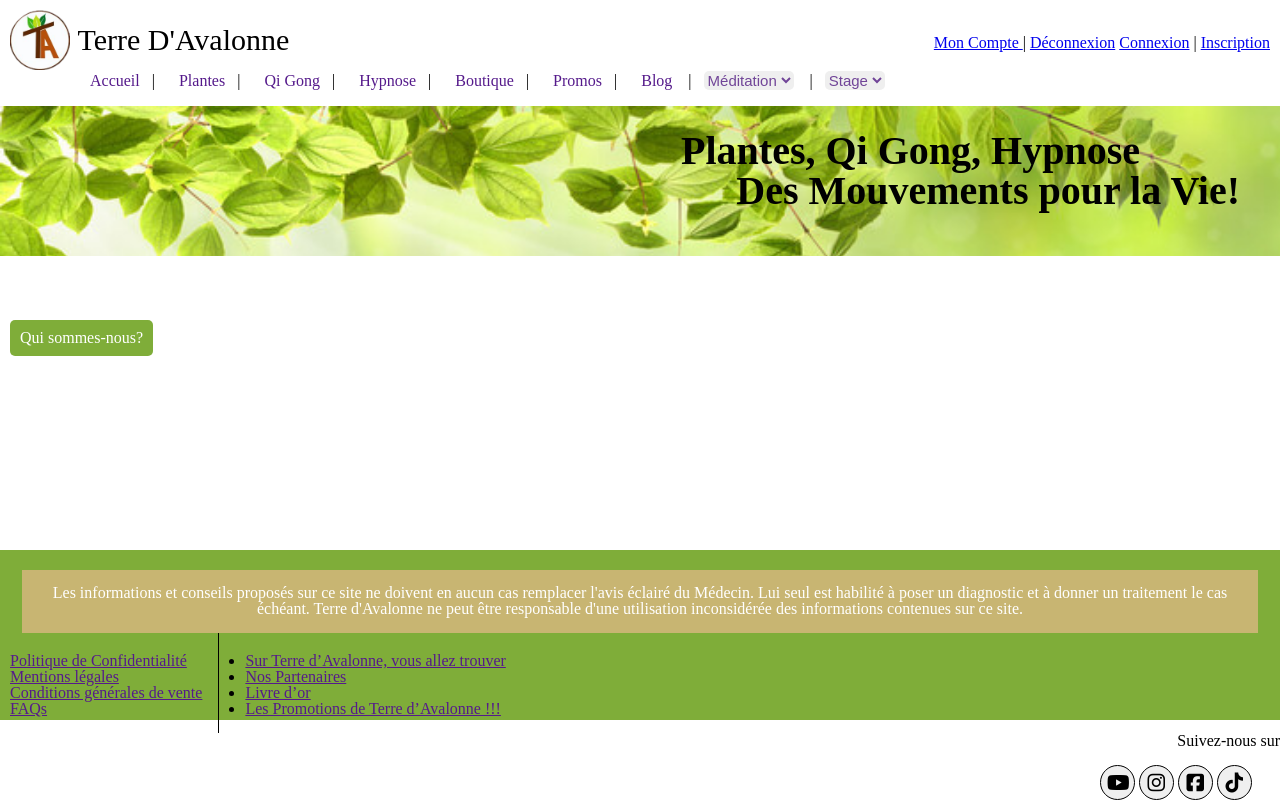
Repository: Michelhof1978/TerreDavalonne
Page: templates/base.html
An editor plug-in stored every save of this project. The page is shown before and after a run of saves, followed by the edit.
The browser window is 1280 px wide. The pictures show the whole page.
Some web fonts or font styles are not loaded; a fallback is used. Some web libraries are served in a nearby version.

Above is the page before, as saved 2022-05-04 16:11:13.

After the next 2 saves:
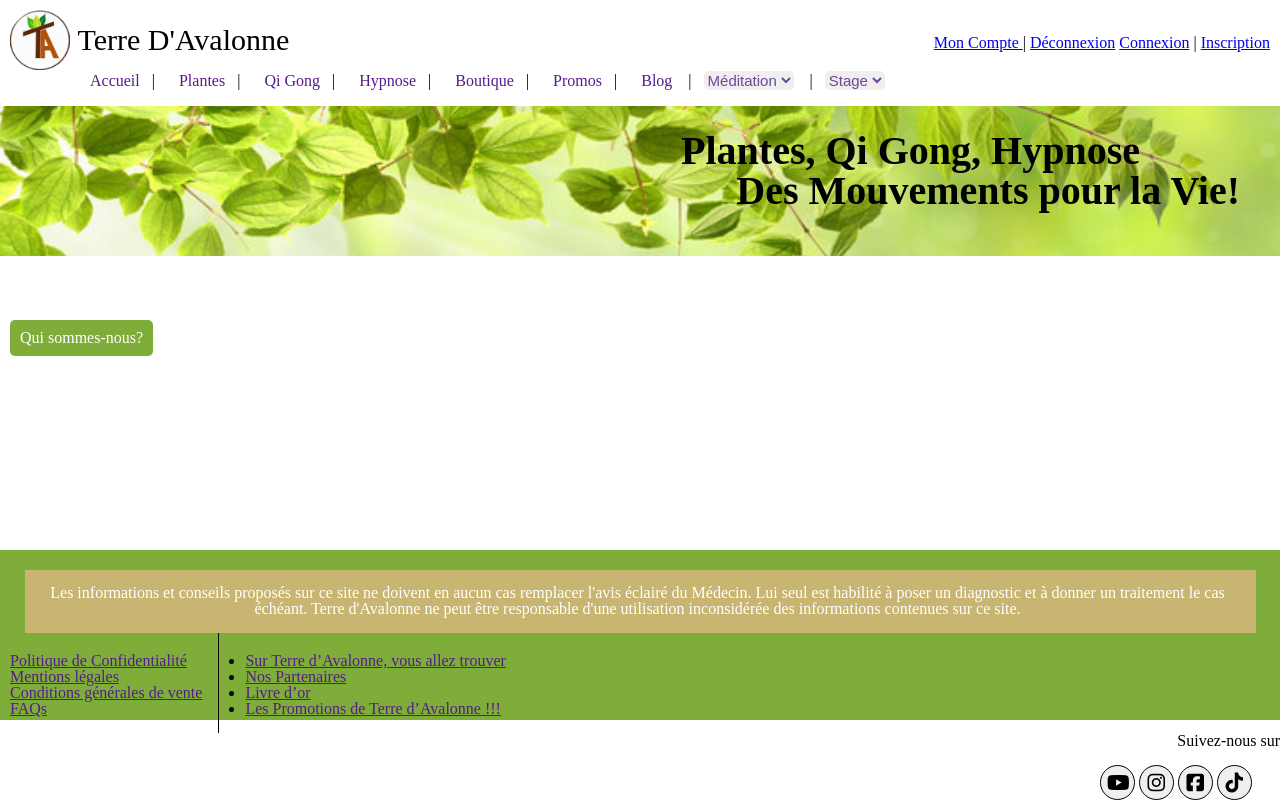
The 2 saves are shown as one change because they came seconds apart.
The last was saved 14 s later.
--- a/templates/base.html
+++ b/templates/base.html
@@ -284,7 +284,7 @@
     background-color: #C8B572 ;
     color: white;
     padding-top: 15px;
-    padding-left: 10px;
+    padding-left: 5px;
     padding-right: 10px;
     text-align: center;
   }

After the save that followed:
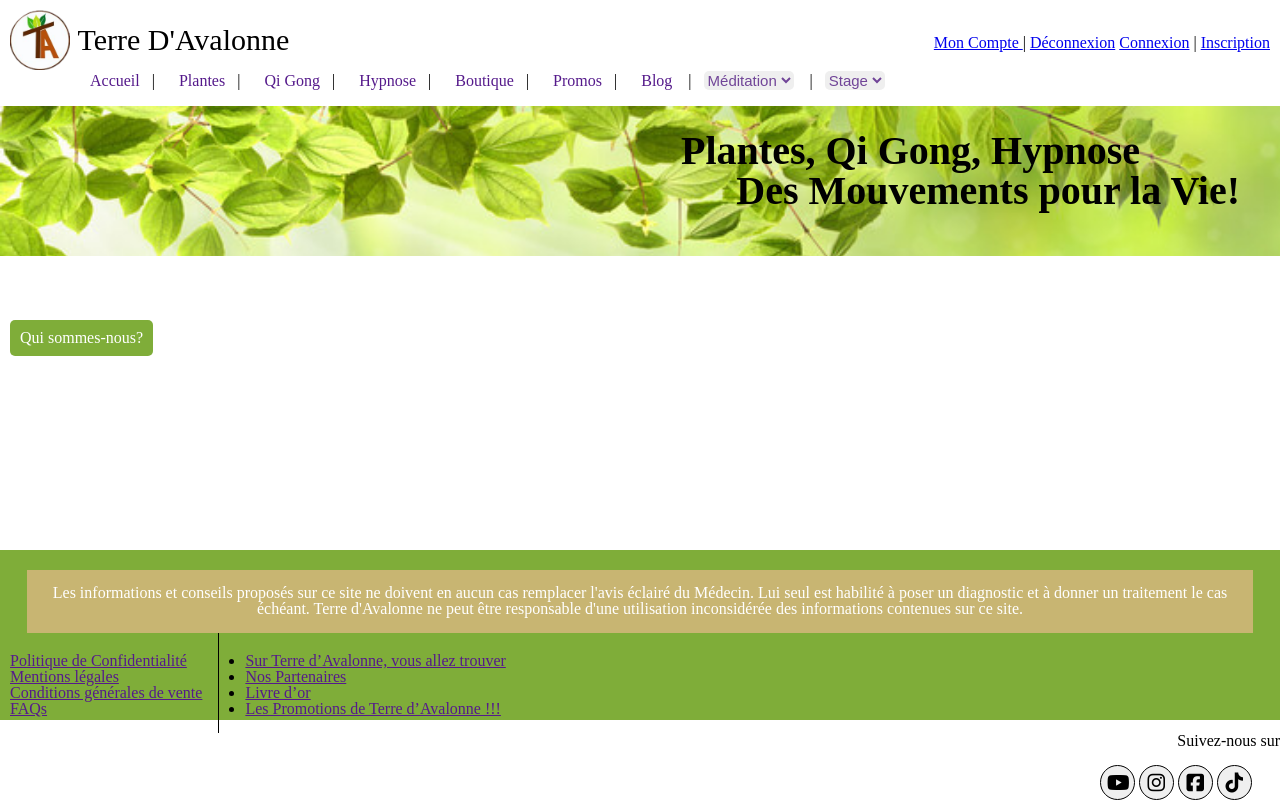
Saved 9 s later.
--- a/templates/base.html
+++ b/templates/base.html
@@ -285,7 +285,7 @@
     color: white;
     padding-top: 15px;
     padding-left: 5px;
-    padding-right: 10px;
+    padding-right: 5px;
     text-align: center;
   }
 
